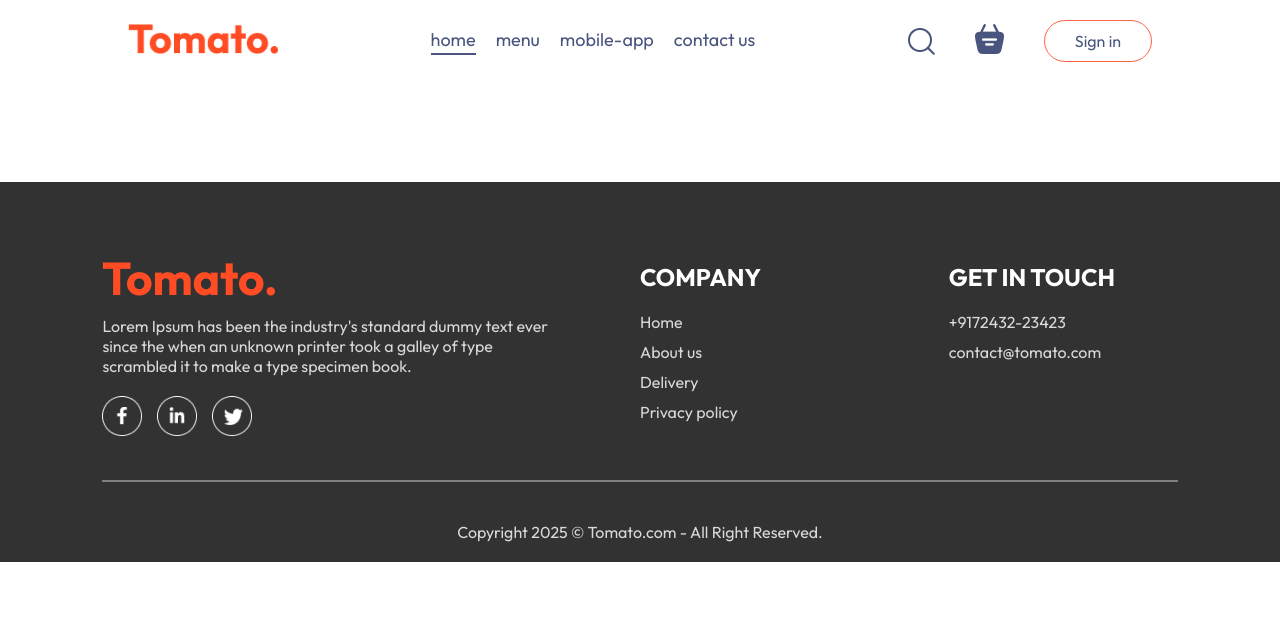
Repository: KartikChouhan03/food-delivery-app
Page: /myorders (app in frontend/)
These files come from the project's save history. The page is drawn as it stood at one moment and after the next save; the edit follows.
The browser window is 1280 px wide. The pictures show the whole page.
The page's requests for data from a server got no answer. Some web fonts or font styles are not loaded; a fallback is used. The project was rebuilt for these pictures with package versions that can differ from the ones it lists, and the page was loaded fresh each time. No one was signed in, and anything a server would have sent is missing. Also part of the build but not shown: frontend/vite.config.js, frontend/src/components/Header/Header.css, frontend/src/components/Header/Header.jsx, frontend/src/components/ExploreMenu/ExploreMenu.css, frontend/src/components/ExploreMenu/ExploreMenu.jsx, frontend/src/components/FoodDisplay/FoodDisplay.css, frontend/src/components/FoodItem/FoodItem.css, frontend/src/components/FoodItem/FoodItem.jsx and 13 more.

Above is the page before, as saved 2025-08-18 02:47:03.

### frontend/index.html
<!doctype html>
<html lang="en">
  <head>
    <meta charset="UTF-8" />
    <link rel="icon" type="image/svg+xml" href="" />
    <meta name="viewport" content="width=device-width, initial-scale=1.0" />
    <title>Foodify</title>
  </head>
  <body>
    <div id="root"></div>
    <script type="module" src="/src/main.jsx"></script>
    <script src="https://checkout.razorpay.com/v1/checkout.js"></script>

  </body>
</html>

### frontend/src/main.jsx
import { createRoot } from 'react-dom/client'
import './index.css'
import App from './App.jsx'
import { BrowserRouter} from 'react-router-dom'
import StoreContextProvider from './context/StoreContext.jsx'


createRoot(document.getElementById('root')).render(
  <BrowserRouter>
    <StoreContextProvider>
      <App />
    </StoreContextProvider>
  </BrowserRouter>


)

### frontend/src/index.css

@import url('https://fonts.googleapis.com/css2?family=Montserrat:ital,wght@0,100..900;1,100..900&family=Outfit:wght@100..900&family=Playfair+Display:ital,wght@0,400..900;1,400..900&display=swap');


*{
  padding: 0;
  margin: 0;
  box-sizing: border-box;
  font-family: Outfit;
  scroll-behavior: smooth;
}

body{
  min-height: 100vh;
}

a{
  text-decoration: none;
  color: inherit;
}

.app{
  width: 80%;
  margin: auto;
}

@keyframes fadeIn{
  0%{
    opacity: 0;
  }
  100%{
    opacity: 1;
  }
}

### frontend/src/App.jsx
import React, { useState } from 'react'
import Navbar from './components/Navbar/Navbar'
import { Route, Routes } from 'react-router-dom'
import Home from './pages/Home/Home'
import Cart from './pages/Cart/Cart'
import PlaceOrder from './pages/PlaceOrder/PlaceOrder'
import Footer from './components/Footer/Footer'
import LoginPopup from './components/LoginPopup/LoginPopup'
import Verify from './pages/Verify/Verify'
import MyOrders from './pages/MyOrders/MyOrders'


const App = () => {

  const [showLogin,setShowLogin] = useState(false)


  return (
    <>
    {showLogin?<LoginPopup setShowLogin={setShowLogin}/>:<></>}
      <div className='app'>
        <Navbar setShowLogin={setShowLogin} />
        <Routes>
          <Route path="/" element={<Home />} />
          <Route path="/cart" element={<Cart />} />
          <Route path="/order" element={<PlaceOrder/>} />
          <Route path="/verify" element={<Verify/>} />
          <Route path="/myorders" element={<MyOrders/>} />
        </Routes>
      </div>
      <Footer/>
    </>

  )
}

export default App

### frontend/src/context/StoreContext.jsx
import axios from "axios";
import { createContext, useEffect, useState } from "react";



export const StoreContext = createContext(null)

const StoreContextProvider = (props) =>{

    const [cartItems, setCartItems] = useState({});

    const url = 'http://localhost:4000'
    const [token,setToken] = useState("");

    const [food_list,setFoodList] = useState([])

    const addToCart = async (itemId)=>{
        if(!cartItems[itemId]){
            setCartItems((prev)=>({...prev,[itemId]:1}))
        }
        else{
            setCartItems((prev)=>({...prev,[itemId]:prev[itemId]+1}))
        }
        if(token){
            await axios.post(url+"/api/cart/add",{itemId},{headers:{token}})
        }
    }

    const removeFromCart = async (itemId) =>{
        setCartItems((prev)=>({...prev,[itemId]:prev[itemId]-1}))
        if(token){
            await axios.post(url+"/api/cart/remove",{itemId},{headers:{token}})
        }
    }


    const getTotalCartAmount =()=>{
        let totalAmount = 0;
        for(const item in cartItems){
            if(cartItems[item]>0){
                let itemInfo = food_list.find((product)=>product._id === item);
                totalAmount += itemInfo.price*cartItems[item];
            }
        }
        return totalAmount;
    }

    const fetchFoodList = async () =>{
        const response = await axios.get(url+"/api/food/list");
        setFoodList(response.data.data);
    }

    const loadCartData = async (token) =>{
        const response = await axios.post(url+"/api/cart/get",{},{headers:{token}})
        setCartItems(response.data.cartData);
    }

    useEffect(()=>{
        async function loadData() {
            await fetchFoodList();
            if(localStorage.getItem("token")){
            setToken(localStorage.getItem("token"))
            await loadCartData(localStorage.getItem("token"));
            }
        }
        loadData();

    },[])


    const contextValue = {
        food_list,
        cartItems,
        setCartItems,
        addToCart,
        removeFromCart,
        getTotalCartAmount,
        url,
        token,
        setToken
    }



    return (
        <StoreContext.Provider value ={contextValue}>
            {props.children}
        </StoreContext.Provider>
    )

}

export default StoreContextProvider;

### frontend/src/components/Navbar/Navbar.jsx
import React, { useContext, useState } from 'react'
import './Navbar.css'
import {assets} from '../../assets/assets.js'
import {Link, useNavigate} from 'react-router-dom';
import { StoreContext } from '../../context/StoreContext.jsx';

const Navbar = ({setShowLogin}) => {

  const [menu,setMenu] = useState("home");



  const {getTotalCartAmount,token,setToken} = useContext(StoreContext);

  const navigate = useNavigate();

  const logout = () =>{
    localStorage.removeItem("token");
    setToken("");
    navigate("/");

  }


  return (
    <div className='navbar'>
      <Link to='/'><img className='logo' src={assets.logo} alt="" /></Link>
      <ul className='navbar-menu'>
        <Link to='/' onClick={()=>setMenu("home")} className={menu==="home"?"active":""}>home</Link>
        <a href='#explore-menu' onClick={()=>setMenu("menu")} className={menu==="menu"?"active":""}>menu</a>
        <a href='#app-download' onClick={()=>setMenu("mobile-app")} className={menu==="mobile-app"?"active":""}>mobile-app</a>
        <a href='#footer' onClick={()=>setMenu("contact-us")} className={menu==="contact-us"?"active":""}>contact us</a>
      </ul>
      <div className="navbar-right">
        <img src={assets.search_icon} alt="" />
        <div className='navbar-search-icon'>
          <Link to='/cart'><img src={assets.basket_icon} alt="" /></Link>
          <div className={getTotalCartAmount()===0?"":"dot"}></div>
        </div>
        {!token?<button onClick={()=>setShowLogin(true)}>Sign in</button>:
        <div className='navbar-profile'>
          <img src={assets.profile_icon} alt="" />
          <ul className="nav-profile-dropdown">
            <li><img src={assets.bag_icon} alt="" /><p>Orders</p></li>
            <hr />
            <li onClick={logout}><img src={assets.logout_icon} alt="" /><p>Logout</p></li>
          </ul>
        </div>}

      </div>
    </div>
  )
}

export default Navbar

### frontend/src/components/Footer/Footer.jsx
import React from 'react'
import './Footer.css'
import { assets } from '../../assets/assets'

const Footer = () => {
  return (
    <div className='footer' id='footer'>
      <div className="footer-content">
        <div className="footer-content-left">
            <img src={assets.logo} alt="" />
            <p>Lorem Ipsum has been the industry's standard dummy text ever since the when an unknown printer took a galley of type scrambled it to make a type specimen book.</p>
            <div className="footer-social-icons">
                <img src={assets.facebook_icon} alt="" />
                <img src={assets.linkedin_icon} alt="" />
                <img src={assets.twitter_icon} alt="" />
            </div>
        </div>
        <div className='footer-content-center'>
            <h2>COMPANY</h2>
            <ul>
                <li>Home</li>
                <li>About us</li>
                <li>Delivery</li>
                <li>Privacy policy</li>
            </ul>
        </div>
        <div className="footer-content-right">
            <h2>GET IN TOUCH</h2>
            <ul>
                <li>+9172432-23423</li>
                <li>contact@tomato.com</li>
            </ul>
        </div>
      </div>
      <hr />
        <p className='footer-copyright'>Copyright 2025 © Tomato.com - All Right Reserved.</p>
    </div>
  )
}

export default Footer

### frontend/src/pages/MyOrders/MyOrders.jsx
import React from 'react'
import './MyOrders.css'
import { useState } from 'react'
import { useContext } from 'react'
import { StoreContext } from '../../context/StoreContext'
import axios from 'axios'
import { useEffect } from 'react'

const MyOders = () => {

  const {url,token} = useContext(StoreContext);
  const [data,setData] =useState([]);

  const fetchOrders = async () =>{
    const response = await axios.post(url+"/api/orders/userorders",{},{headers:{token}});
    setData(response.data.data);
  }

  useEffect(()=>{
    if(token){
      fetchOrders();
    }
  },[token])

  return (
    <div>

    </div>
  )
}

export default MyOders

### frontend/src/components/Navbar/Navbar.css
.navbar{
    padding: 20px 0px;
    display: flex;
    justify-content: space-between;
    align-items: center;
}

.navbar .logo{
    width: 150px;
}

.navbar-menu{
    display: flex;
    list-style: none;
    gap: 20px;
    color: #49557e;
    font-size: 18px;
}

.navbar-right{
    display: flex;
    align-items: center;
    gap: 40px;
}

.navbar button{
    background: transparent;
    font-size: 16px;
    color: #49557e;
    border: 1px solid tomato;
    padding: 10px 30px;
    border-radius: 50px;
    cursor: pointer;
    transition: 0.4s;
}

.navbar button:hover{
    background-color: #fff4f2;
}

.navbar .active{
    padding-bottom: 2px;
    border-bottom: 2px solid #49557e;
}

.navbar li{
    cursor: pointer;
}

.navbar-search-icon {
    position: relative;
}

.navbar-search-icon .dot{
    position: absolute;
    min-width: 10px;
    min-height: 10px;
    background-color: tomato;
    border-radius:5px ;
    top: -8px;
    right: -8px;
}


@media (max-width: 1050px){
    .navbar .logo{
        width: 140px;
    }
    .navbar-menu{
        gap: 20px;
        font-size: 17px;
    }
    .navbar-right{
        gap: 30px;
    }
    .navbar-right img{
        width: 22px;
    }
    .navbar-right button{
        padding: 8px 25px;
    }
}

@media (max-width: 900px){
    .navbar .logo{
        width: 120px;
    }
    .navbar-menu{
        gap: 15px;
        font-size: 15px;
    }
    .navbar-right{
        gap: 20px;
    }
    .navbar-right img{
        width: 20px;
    }
    .navbar-right button{
        padding: 7px 20px;
        font-size: 15px;
    }
}

.navbar-profile {
    position: relative;

}
.nav-profile-dropdown{
    position: absolute;
    display: none;
    right: 0;
    z-index: 1;

}

.navbar-profile:hover .nav-profile-dropdown{
    display: flex;
    flex-direction: column;
    gap: 10px;
    background-color: #fff2ef;
    padding: 12px 25px;
    border-radius: 4px;
    border: 1px solid tomato;
    outline: 2px solid white;
    list-style: none;
}

.nav-profile-dropdown li{
    display: flex;
    align-items: center;
    gap: 10px;
    cursor: pointer;
}

.nav-profile-dropdown img{
    width: 20px;
}

.nav-profile-dropdown li:hover{
    color: tomato;
}

@media (max-width: 750px){
    .navbar-menu{
        display: none;
    }
}

### frontend/src/assets/assets.js
import basket_icon from './basket_icon.png'
import logo from './logo.png'
import header_img from './header_img.png'
import search_icon from './search_icon.png'
import menu_1 from './menu_1.png'
import menu_2 from './menu_2.png'
import menu_3 from './menu_3.png'
import menu_4 from './menu_4.png'
import menu_5 from './menu_5.png'
import menu_6 from './menu_6.png'
import menu_7 from './menu_7.png'
import menu_8 from './menu_8.png'

import food_1 from './food_1.png'
import food_2 from './food_2.png'
import food_3 from './food_3.png'
import food_4 from './food_4.png'
import food_5 from './food_5.png'
import food_6 from './food_6.png'
import food_7 from './food_7.png'
import food_8 from './food_8.png'
import food_9 from './food_9.png'
import food_10 from './food_10.png'
import food_11 from './food_11.png'
import food_12 from './food_12.png'
import food_13 from './food_13.png'
import food_14 from './food_14.png'
import food_15 from './food_15.png'
import food_16 from './food_16.png'
import food_17 from './food_17.png'
import food_18 from './food_18.png'
import food_19 from './food_19.png'
import food_20 from './food_20.png'
import food_21 from './food_21.png'
import food_22 from './food_22.png'
import food_23 from './food_23.png'
import food_24 from './food_24.png'
import food_25 from './food_25.png'
import food_26 from './food_26.png'
import food_27 from './food_27.png'
import food_28 from './food_28.png'
import food_29 from './food_29.png'
import food_30 from './food_30.png'
import food_31 from './food_31.png'
import food_32 from './food_32.png'

import add_icon_white from './add_icon_white.png'
import add_icon_green from './add_icon_green.png'
import remove_icon_red from './remove_icon_red.png'
import app_store from './app_store.png'
import play_store from './play_store.png'
import linkedin_icon from './linkedin_icon.png'
import facebook_icon from './facebook_icon.png'
import twitter_icon from './twitter_icon.png'
import cross_icon from './cross_icon.png'
import selector_icon from './selector_icon.png'
import rating_starts from './rating_starts.png'
import profile_icon from './profile_icon.png'
import bag_icon from './bag_icon.png'
import logout_icon from './logout_icon.png'
import parcel_icon from './parcel_icon.png'

export const assets = {
    logo,
    basket_icon,
    header_img,
    search_icon,
    rating_starts,
    add_icon_green,
    add_icon_white,
    remove_icon_red,
    app_store,
    play_store,
    linkedin_icon,
    facebook_icon,
    twitter_icon,
    cross_icon,
    selector_icon,
    profile_icon,
    logout_icon,
    bag_icon,
    parcel_icon
}

export const menu_list = [
    {
        menu_name: "Salad",
        menu_image: menu_1
    },
    {
        menu_name: "Rolls",
        menu_image: menu_2
    },
    {
        menu_name: "Deserts",
        menu_image: menu_3
    },
    {
        menu_name: "Sandwich",
        menu_image: menu_4
    },
    {
        menu_name: "Cake",
        menu_image: menu_5
    },
    {
        menu_name: "Pure Veg",
        menu_image: menu_6
    },
    {
        menu_name: "Pasta",
        menu_image: menu_7
    },
    {
        menu_name: "Noodles",
        menu_image: menu_8
    }]

export const food_list = [
    {
        _id: "1",
        name: "Greek salad",
        image: food_1,
        price: 120,
        description: "Food provides essential nutrients for overall health and well-being",
        category: "Salad"
    },
    {
        _id: "2",
        name: "Veg salad",
        image: food_2,
        price: 180,
        description: "Food provides essential nutrients for overall health and well-being",
        category: "Salad"
    }, {
        _id: "3",
        name: "Clover Salad",
        image: food_3,
        price: 160,
        description: "Food provides essential nutrients for overall health and well-being",
        category: "Salad"
    }, {
        _id: "4",
        name: "Chicken Salad",
        image: food_4,
        price: 240,
        description: "Food provides essential nutrients for overall health and well-being",
        category: "Salad"
    }, {
        _id: "5",
        name: "Lasagna Rolls",
        image: food_5,
        price: 140,
        description: "Food provides essential nutrients for overall health and well-being",
        category: "Rolls"
    }, {
        _id: "6",
        name: "Peri Peri Rolls",
        image: food_6,
        price: 120,
        description: "Food provides essential nutrients for overall health and well-being",
        category: "Rolls"
    }, {
        _id: "7",
        name: "Chicken Rolls",
        image: food_7,
        price: 200,
        description: "Food provides essential nutrients for overall health and well-being",
        category: "Rolls"
    }, {
        _id: "8",
        name: "Veg Rolls",
        image: food_8,
        price: 150,
        description: "Food provides essential nutrients for overall health and well-being",
        category: "Rolls"
    }, {
        _id: "9",
        name: "Ripple Ice Cream",
        image: food_9,
        price: 140,
        description: "Food provides essential nutrients for overall health and well-being",
        category: "Deserts"
    }, {
        _id: "10",
        name: "Fruit Ice Cream",
        image: food_10,
        price: 220,
        description: "Food provides essential nutrients for overall health and well-being",
        category: "Deserts"
    }, {
        _id: "11",
        name: "Jar Ice Cream",
        image: food_11,
        price: 100,
        description: "Food provides essential nutrients for overall health and well-being",
        category: "Deserts"
    }, {
        _id: "12",
        name: "Vanilla Ice Cream",
        image: food_12,
        price: 120,
        description: "Food provides essential nutrients for overall health and well-being",
        category: "Deserts"
    },
    {
        _id: "13",
        name: "Chicken Sandwich",
        image: food_13,
        price: 120,
        description: "Food provides essential nutrients for overall health and well-being",
        category: "Sandwich"
    },
    {
        _id: "14",
        name: "Vegan Sandwich",
        image: food_14,
        price: 180,
        description: "Food provides essential nutrients for overall health and well-being",
        category: "Sandwich"
    }, {
        _id: "15",
        name: "Grilled Sandwich",
        image: food_15,
        price: 160,
        description: "Food provides essential nutrients for overall health and well-being",
        category: "Sandwich"
    }, {
        _id: "16",
        name: "Bread Sandwich",
        image: food_16,
        price: 240,
        description: "Food provides essential nutrients for overall health and well-being",
        category: "Sandwich"
    }, {
        _id: "17",
        name: "Cup Cake",
        image: food_17,
        price: 140,
        description: "Food provides essential nutrients for overall health and well-being",
        category: "Cake"
    }, {
        _id: "18",
        name: "Vegan Cake",
        image: food_18,
        price: 120,
        description: "Food provides essential nutrients for overall health and well-being",
        category: "Cake"
    }, {
        _id: "19",
        name: "Butterscotch Cake",
        image: food_19,
        price: 200,
        description: "Food provides essential nutrients for overall health and well-being",
        category: "Cake"
    }, {
        _id: "20",
        name: "Sliced Cake",
        image: food_20,
        price: 150,
        description: "Food provides essential nutrients for overall health and well-being",
        category: "Cake"
    }, {
        _id: "21",
        name: "Garlic Mushroom ",
        image: food_21,
        price: 140,
        description: "Food provides essential nutrients for overall health and well-being",
        category: "Pure Veg"
    }, {
        _id: "22",
        name: "Fried Cauliflower",
        image: food_22,
        price: 220,
        description: "Food provides essential nutrients for overall health and well-being",
        category: "Pure Veg"
    }, {
        _id: "23",
        name: "Mix Veg Pulao",
        image: food_23,
        price: 100,
        description: "Food provides essential nutrients for overall health and well-being",
        category: "Pure Veg"
    }, {
        _id: "24",
        name: "Rice Zucchini",
        image: food_24,
        price: 120,
        description: "Food provides essential nutrients for overall health and well-being",
        category: "Pure Veg"
    },
    {
        _id: "25",
        name: "Cheese Pasta",
        image: food_25,
        price: 120,
        description: "Food provides essential nutrients for overall health and well-being",
        category: "Pasta"
    },
    {
        _id: "26",
        name: "Tomato Pasta",
        image: food_26,
        price: 180,
        description: "Food provides essential nutrients for overall health and well-being",
        category: "Pasta"
    }, {
        _id: "27",
        name: "Creamy Pasta",
        image: food_27,
        price: 160,
        description: "Food provides essential nutrients for overall health and well-being",
        category: "Pasta"
    }, {
        _id: "28",
        name: "Chicken Pasta",
        image: food_28,
        price: 240,
        description: "Food provides essential nutrients for overall health and well-being",
        category: "Pasta"
    }, {
        _id: "29",
        name: "Buttter Noodles",
        image: food_29,
        price: 140,
        description: "Food provides essential nutrients for overall health and well-being",
        category: "Noodles"
    }, {
        _id: "30",
        name: "Veg Noodles",
        image: food_30,
        price: 120,
        description: "Food provides essential nutrients for overall health and well-being",
        category: "Noodles"
    }, {
        _id: "31",
        name: "Somen Noodles",
        image: food_31,
        price: 200,
        description: "Food provides essential nutrients for overall health and well-being",
        category: "Noodles"
    }, {
        _id: "32",
        name: "Cooked Noodles",
        image: food_32,
        price: 150,
        description: "Food provides essential nutrients for overall health and well-being",
        category: "Noodles"
    }
]

### frontend/src/components/Footer/Footer.css
.footer{
    color: #d9d9d9;
    background-color: #323232;
    display: flex;
    flex-direction: column;
    align-items: center;
    gap: 20px;
    padding: 20px 8vw;
    padding-top: 80px ;
    margin-top: 100px ;
}

.footer-content{
    width: 100%;
    display: grid;
    grid-template-columns: 2fr 1fr 1fr;
    gap: 80px;
}

.footer-content-left, .footer-content-right, .footer-content-center{
    display: flex;
    flex-direction: column;
    align-items:start ;
    gap: 20px;
}


.footer-content-left li, .footer-content-right li , .footer-content-center li{
    list-style: none;
    margin-bottom: 10px;
    cursor: pointer;
}

.footer-content-right h2, .footer-content-center h2{
    color: white;
}


.footer-social-icons img{
    width: 40px;
    margin-right: 15px;
}

.footer hr{
    width: 100%;
    height: 2px;
    margin: 20px 0px;
    background-color: gray;
    border: none;
}

@media (max-width:750px) {
    .footer-content{
        display: flex;
        flex-direction: column;
        gap: 35px;
    }
    .footer-copyright{
        text-align: center;
    }
}

Loaded but not shown: frontend/src/pages/Home/Home.css (no stored copy; drawn as an empty file)

After the next save:
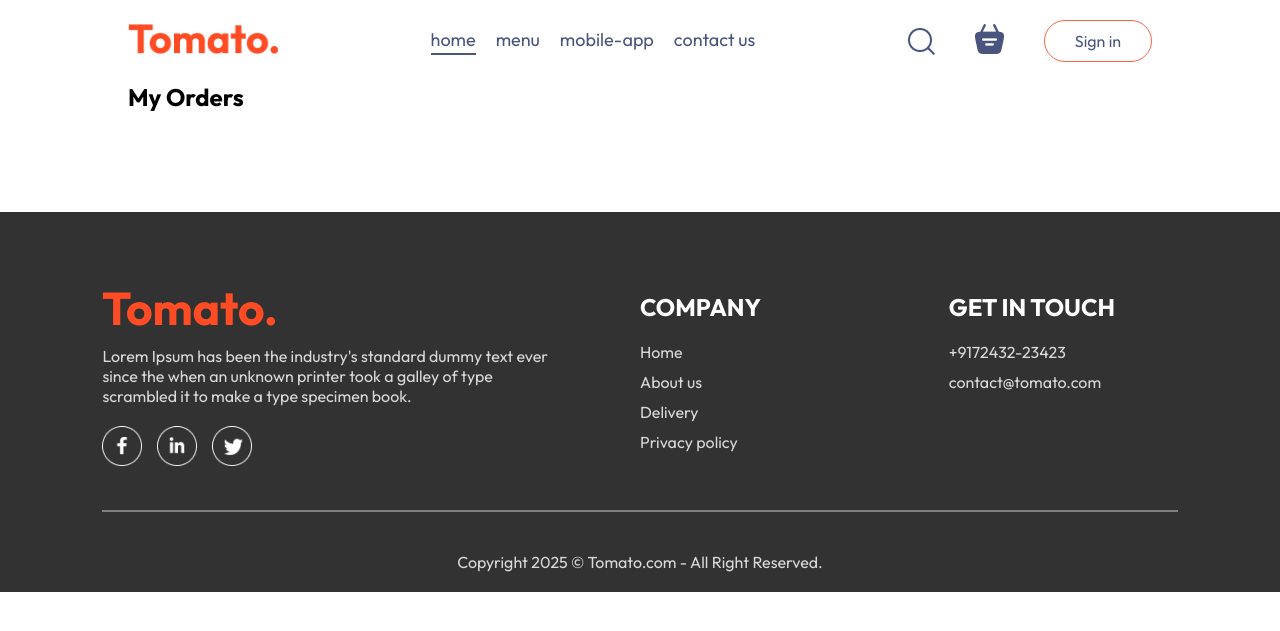
Saved 2 min 13 s later.
--- a/frontend/src/pages/MyOrders/MyOrders.jsx
+++ b/frontend/src/pages/MyOrders/MyOrders.jsx
@@ -5,6 +5,7 @@ import { useContext } from 'react'
 import { StoreContext } from '../../context/StoreContext'
 import axios from 'axios'
 import { useEffect } from 'react'
+import { assets } from '../../assets/assets'
 
 const MyOders = () => {
 
@@ -23,8 +24,18 @@ const MyOders = () => {
   },[token])
 
   return (
-    <div>
-
+    <div className='my-orders'>
+      <h2>My Orders</h2>
+      <div className="container">
+        {data.map((order,index)=>{
+          return(
+            <div key={index} className="my-orders-order">
+              <img src={assets.parcel_icon} alt="" />
+              <p></p>
+            </div>
+          )
+        })}
+      </div>
     </div>
   )
 }
